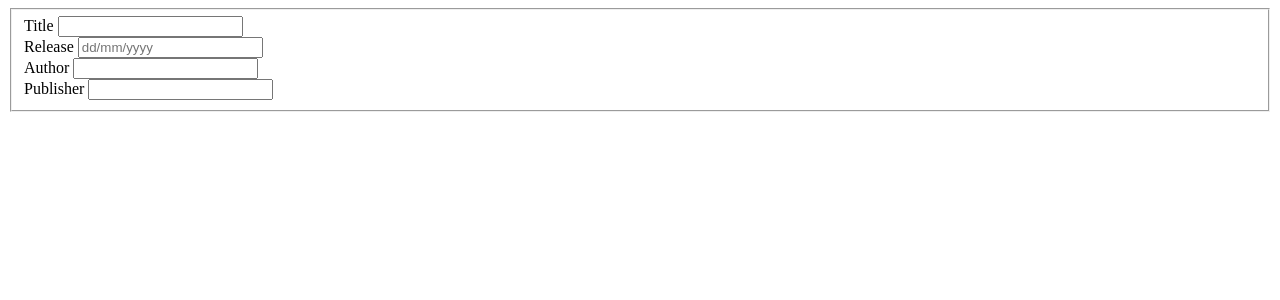
Repository: ndonnelly7/clinic-web-app
Page: http://localhost/SQLTest/jsp/second.jsp
These files come from the project's save history. The page is drawn as it stood at one moment and after the next save; the edit follows.
The browser window is 1280 px wide. The pictures show the whole page.
The page is served by Tomcat 9.

Above is the page before, as saved 2014-04-25 10:09:07.

After the next save:
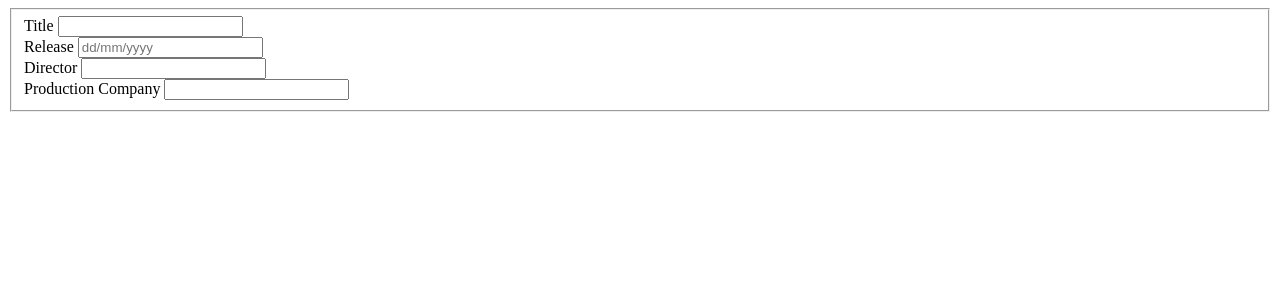
Saved 16 s later.
--- a/Web App/SQLTest/war/jsp/second.jsp
+++ b/Web App/SQLTest/war/jsp/second.jsp
@@ -19,11 +19,11 @@
 	<input name="film_release" placeholder="dd/mm/yyyy" type="text" class="film__form" id="pickdate">
 	</div>
 	<div class="pure-control-group">
-	<label for="film_author">Author </label>
+	<label for="film_author">Director </label>
 	<input name="film_author" type="text" id="film_author">
 	</div>
 	<div class="pure-control-group">
-	<label for="film_publisher">Publisher </label>
+	<label for="film_publisher">Production Company </label>
 	<input name="film_publisher" type="text" id="film_publisher">
 	</div>
 
